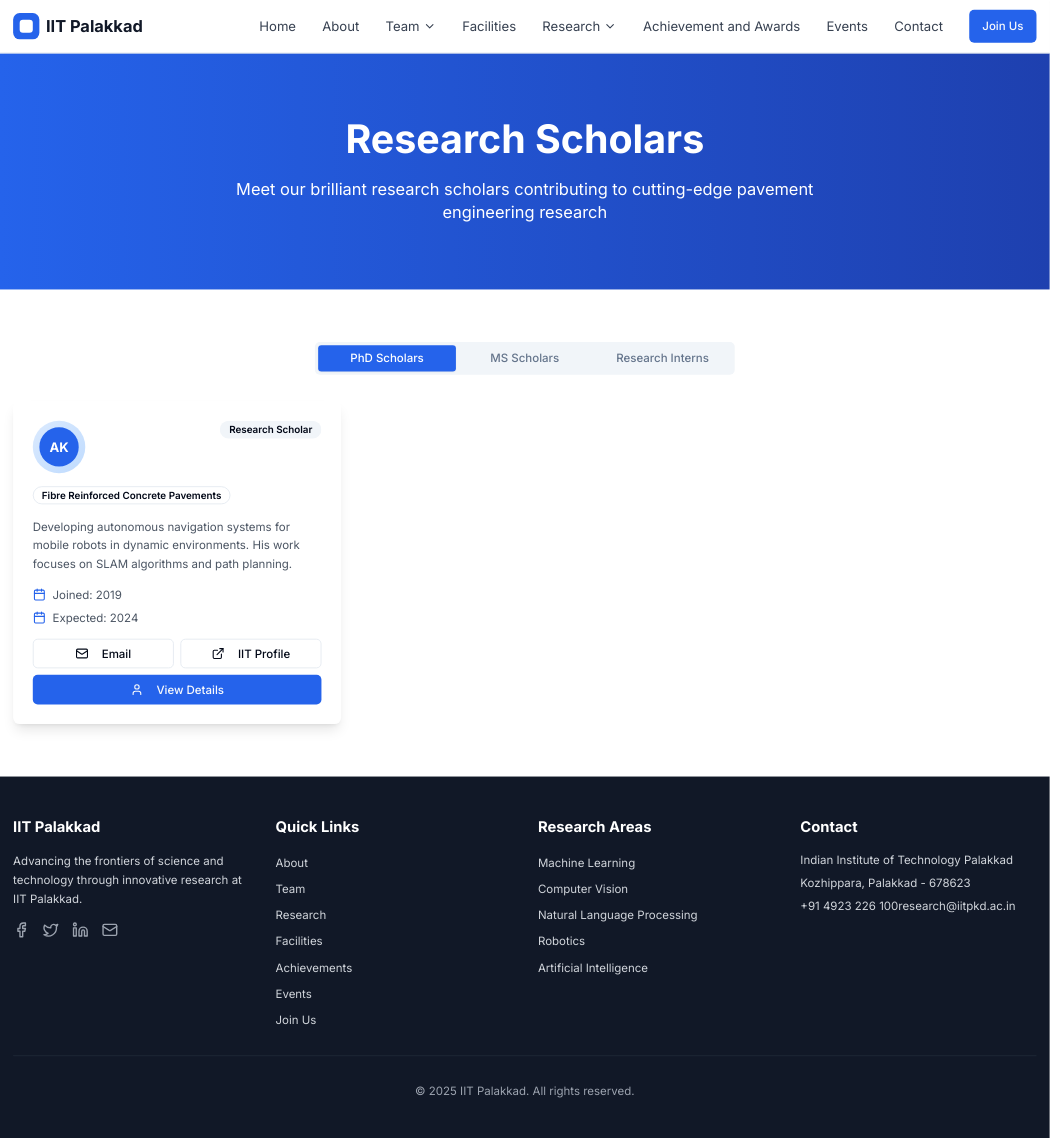
Repository: Gopikrish-30/ARISE
Page: /team/scholars
The author's editor kept a copy of each file at every save. The page is drawn from the files as they stood at one save, then again after a run of saves.
The browser window is 1280 px wide. The pictures show the whole page, at 82% of full size.
The project was rebuilt for these pictures with package versions that can differ from the ones it lists, and the page was loaded fresh each time. The framework's server and built-in components were replaced by stand-ins that run in the browser. Also part of the build but not shown: next.config.mjs, components/ui/dialog.tsx.

Above is the page before, as saved 2025-06-22 23:55:21.

After the next 2 saves:
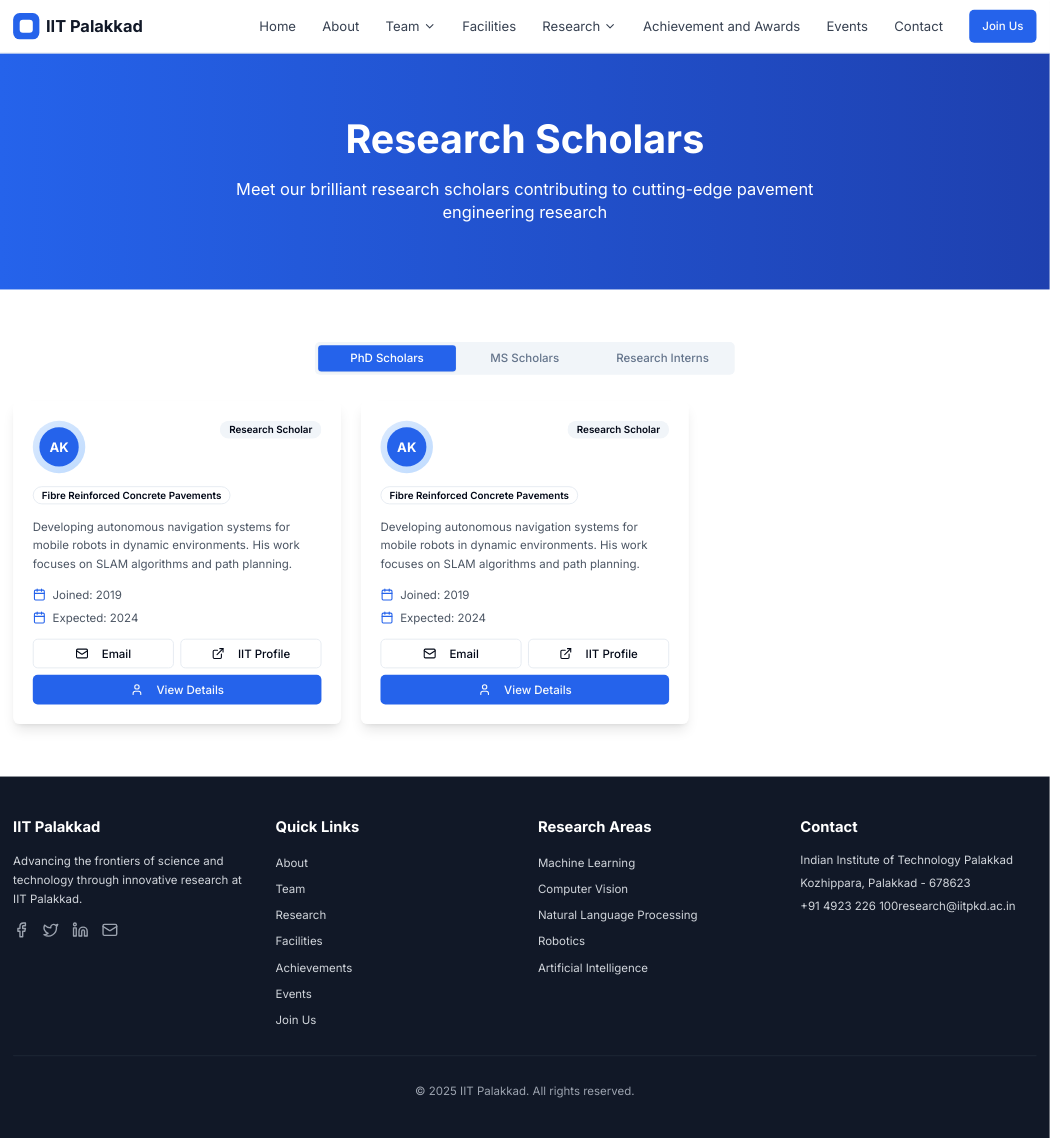
The 2 saves are shown as one change because they came seconds apart.
The last was saved 12 s later.
--- a/components/research-scholars-grid.tsx
+++ b/components/research-scholars-grid.tsx
@@ -25,6 +25,18 @@
 
     },
 
+    {
+      name: "Ajeesh K",
+      role: "Research Scholar",
+      interests: ["Fibre Reinforced Concrete Pavements"],
+      joiningDate: "2019",
+      expectedCompletion: "2024",
+      bio: "Developing autonomous navigation systems for mobile robots in dynamic environments. His work focuses on SLAM algorithms and path planning.",
+      email: "101914001@smail.iitpkd.ac.in",
+      phone: "+91 9876543210",
+      iitProfile: "https://iitpkd.ac.in/people/101914001",
+
+    },
   ]
 
   const msScholars = [
